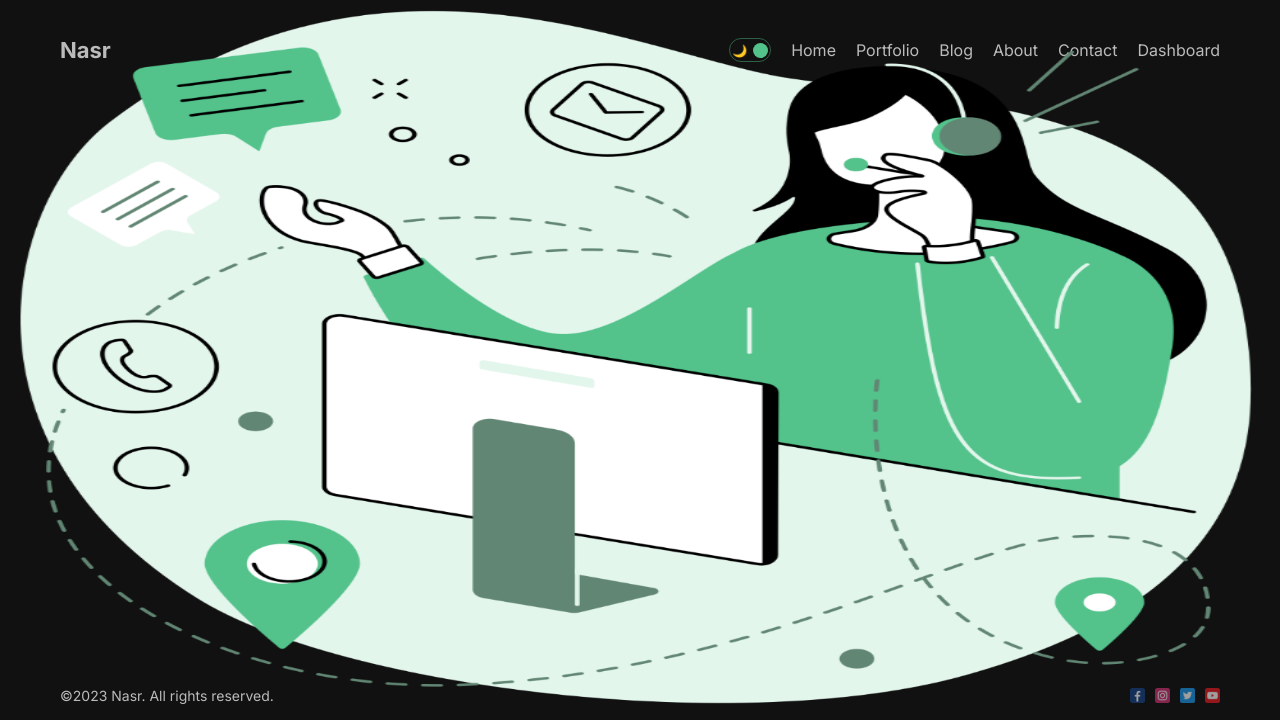
Repository: MoNasr2022/Nast-Blog
Page: /contact
These files come from the project's save history. The page is drawn as it stood at one moment and after a run of saves; the edit follows.
The browser window is 1280 px wide. The pictures show the whole page.
The page's requests for data from a server got no answer. The project was rebuilt for these pictures with package versions that can differ from the ones it lists, and the page was loaded fresh each time. The framework's server and built-in components were replaced by stand-ins that run in the browser. No one was signed in, and anything a server would have sent is missing. Also part of the build but not shown: next.config.js, src/components/Button/button.module.css, src/components/Button/Button.jsx.

Above is the page before, as saved 2023-06-15 13:51:55.

After the next 2 saves:
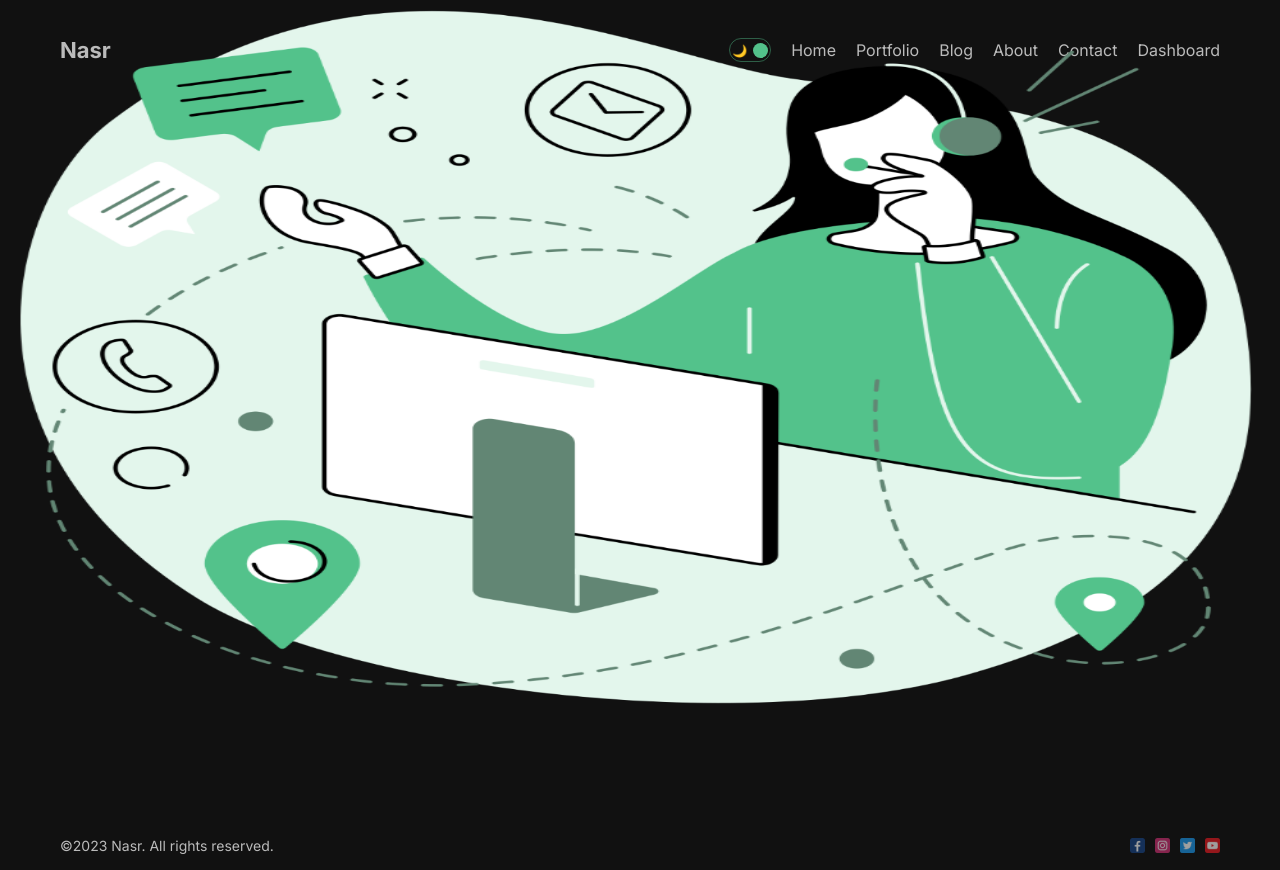
The 2 saves are shown as one change because they came seconds apart.
The last was saved 27 s later.
--- a/src/app/contact/page.module.css
+++ b/src/app/contact/page.module.css
@@ -51,3 +51,10 @@
   font-size: 20px;
   font-weight: bold;
 } */
+.container {
+  display: flex;
+  flex-direction: column;
+  align-items: center;
+  justify-content: center;
+  height: 100vh;
+}

After the save that followed:
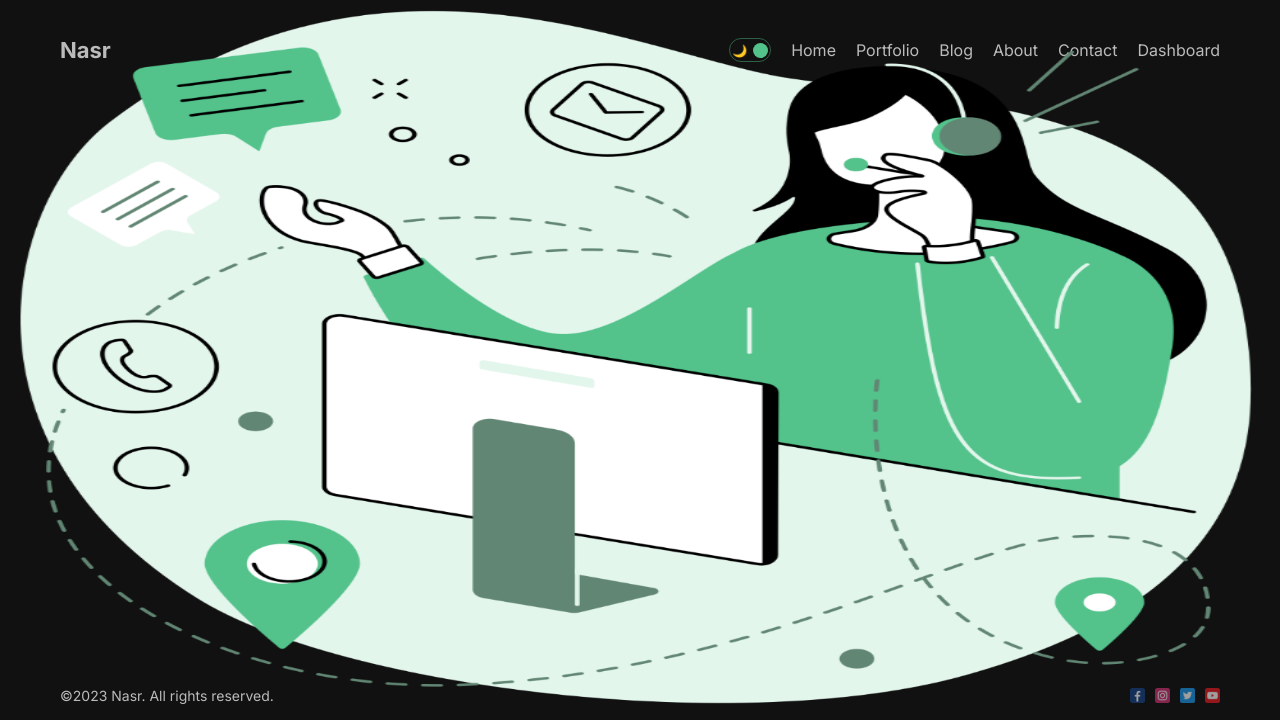
Saved 9 s later.
--- a/src/app/contact/page.module.css
+++ b/src/app/contact/page.module.css
@@ -52,9 +52,5 @@
   font-weight: bold;
 } */
 .container {
-  display: flex;
-  flex-direction: column;
-  align-items: center;
-  justify-content: center;
-  height: 100vh;
+
 }
